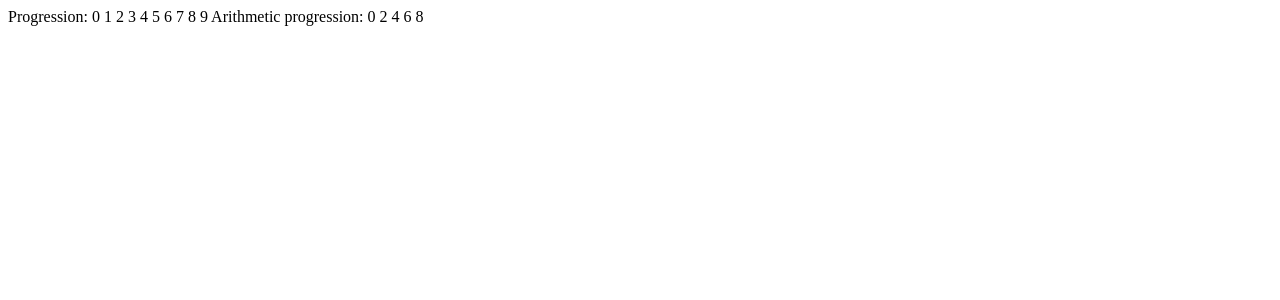
Repository: teban004/algorithms
Page: http://localhost/tests/progression_test.php
The author's editor kept a copy of each file at every save. The page is drawn from the files as they stood at one save, then again after the next save.
The browser window is 1280 px wide. The pictures show the whole page.
The page is run by PHP 8.4 with error messages shown; the project is at /var/www/html/.

Above is the page before, as saved 2022-01-06 20:21:30.

### tests/progression_test.php
<?php

    require_once(__DIR__ . "/../classes/progression.php");

    print("Progression: ");
    $myProgression = new Progression();

    $myProgression->printProgression(10);

    print("Arithmetic progression: ");
    $myArithmeticProgression = new ArithmeticProgression(2);

    $myArithmeticProgression->printProgression(5);

?>

### classes/progression.php
<?php

class Progression {
    public $current;

    function __construct($start=0) {
        $this->current = $start;
    }

    function nextValue() {
        $answer = $this->current;
        $this->advance();
        return $answer;
    }

    function advance() {
        $this->current++;
    }

    function printProgression($n) {
        print($this->nextValue());
        for($j=1; $j<$n; $j++)
            print(" " . $this->nextValue());
        print("\n");
    }
}

class ArithmeticProgression extends Progression {
    public $increment;

    // Constructs arithmetic progression with arbitrary start and increment
    function __construct($stepSize=1, $start=0) {
        parent::__construct($start);
        $this->increment = $stepSize;
    }

    function advance() { // Adds the arithmetic increment to the current value
        $this->current += $this->increment;
    }

}

class GeometricProgression extends Progression {
    public $base;

    // Constructs geometric progression with arbitrary base and start
    function __construct($b, $start) {
        parent::__construct($start);
        $this->base = $b;
    }

    function advance() {
        $this->current *= $this->base;
    }
}

?>

After the next save:
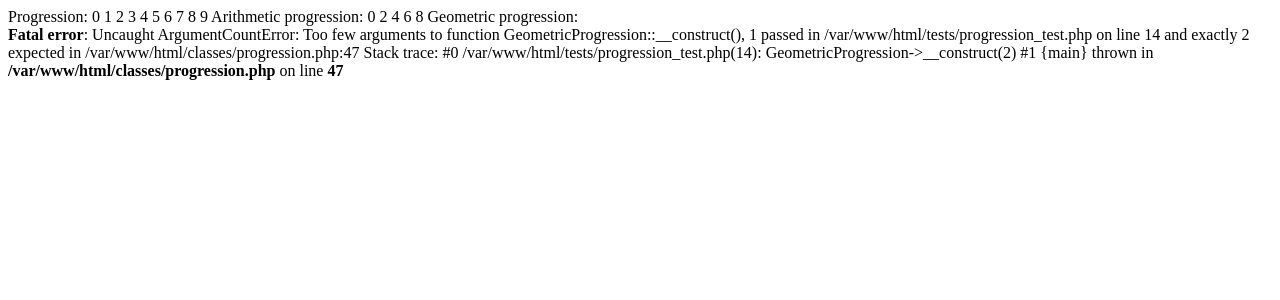
Saved 61 s later.
--- a/tests/progression_test.php
+++ b/tests/progression_test.php
@@ -4,12 +4,14 @@
 
     print("Progression: ");
     $myProgression = new Progression();
-
     $myProgression->printProgression(10);
 
     print("Arithmetic progression: ");
     $myArithmeticProgression = new ArithmeticProgression(2);
-
     $myArithmeticProgression->printProgression(5);
 
+    print("Geometric progression: ");
+    $myGeometricProgression = new GeometricProgression(2);
+    $myGeometricProgression->printProgression(5);
+
 ?>
